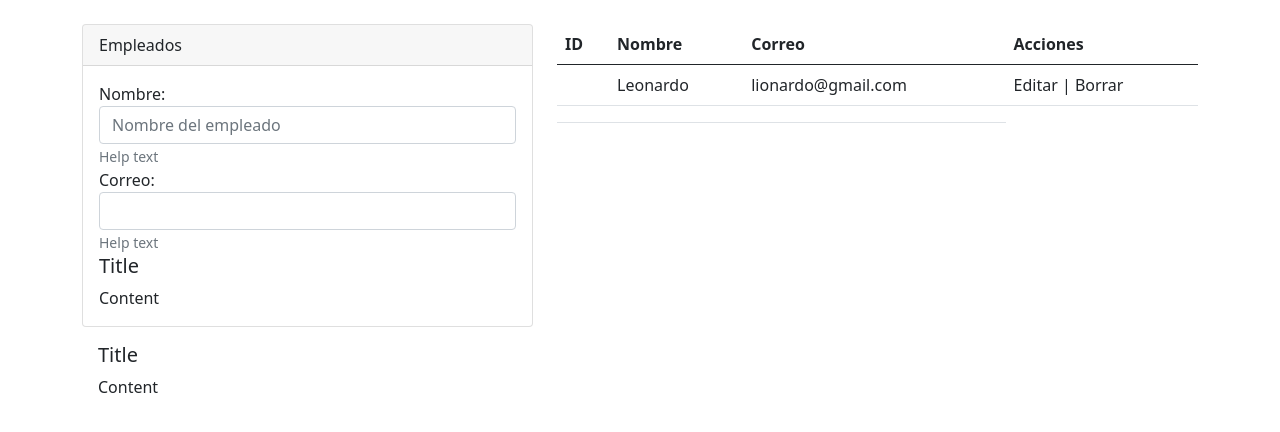
Repository: LionardoGomiz/CRUD-JS-VAINILLA
Page: index.html
An editor plug-in stored every save of this project. The page is shown before and after the next save, followed by the edit.
The browser window is 1280 px wide. The pictures show the whole page.

Above is the page before, as saved 2021-08-09 17:08:16.

After the next save:
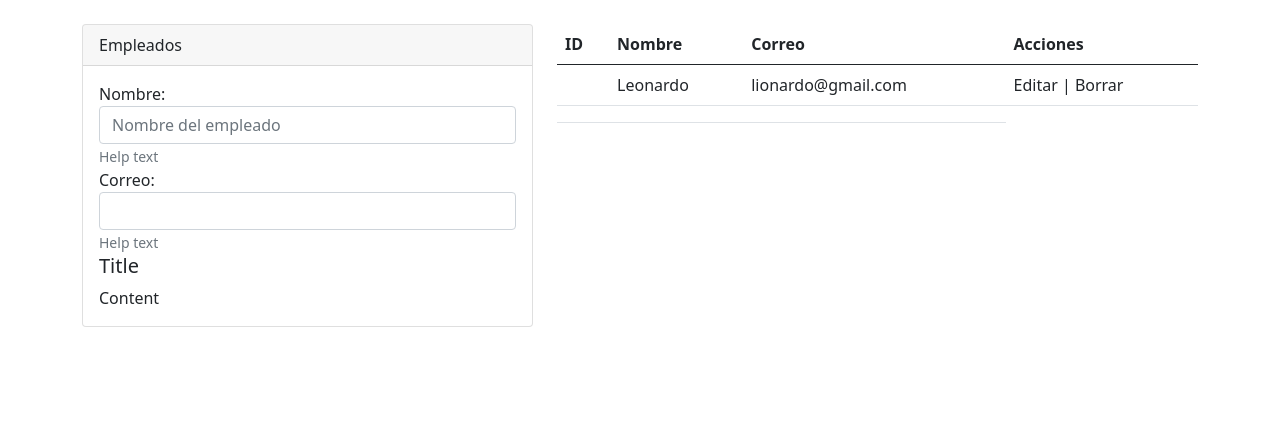
Saved 35 s later.
--- a/index.html
+++ b/index.html
@@ -38,10 +38,6 @@
                             <p class="card-text">Content</p>
                         </div>
                     </div>
-                    <div class="card-body">
-                        <h5 class="card-title">Title</h5>
-                        <p class="card-text">Content</p>
-                    </div>
 
             </div>
             <div class="col-md-7">
